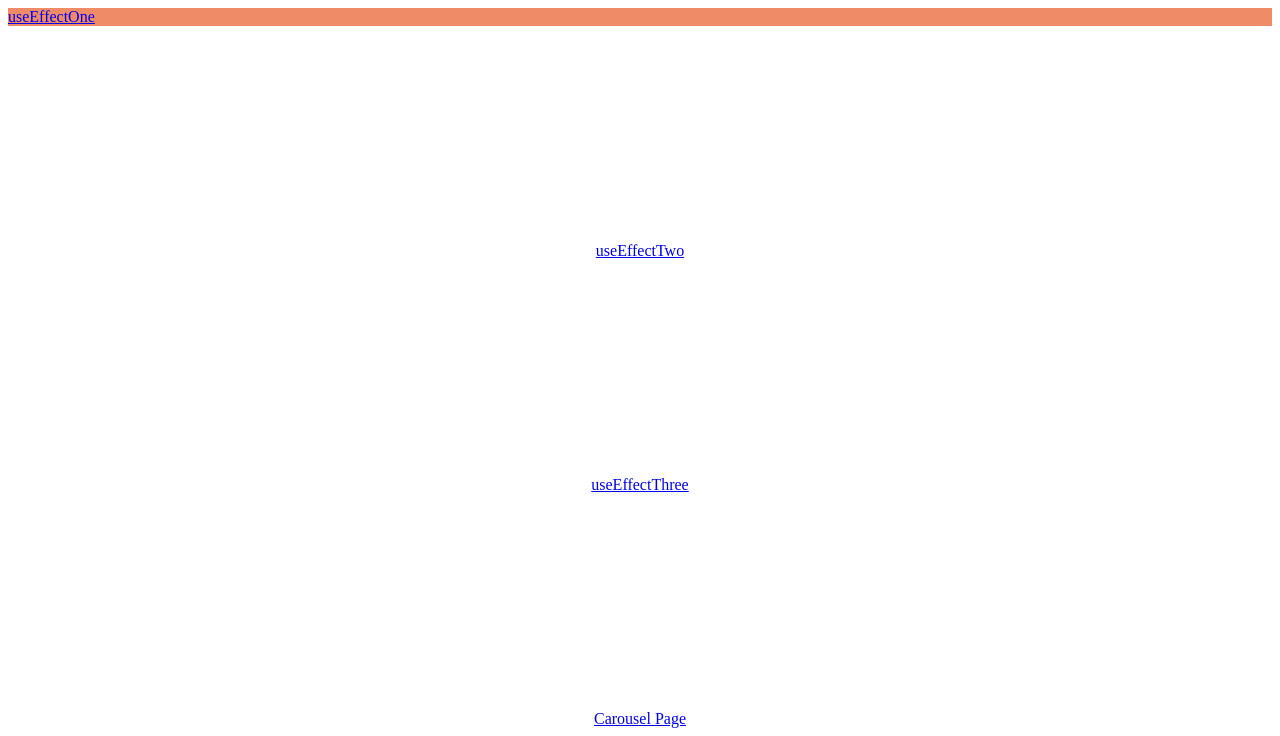
Repository: giovanabirck/class8
Page: /
An editor plug-in stored every save of this project. The page is shown before and after a run of saves, followed by the edit.
The browser window is 1280 px wide. The pictures show the whole page.
The project was rebuilt for these pictures with package versions that can differ from the ones it lists, and the page was loaded fresh each time. The framework's server and built-in components were replaced by stand-ins that run in the browser. Also part of the build but not shown: next.config.js.

Above is the page before, as saved 2023-02-23 17:45:11.

After the next 4 saves:
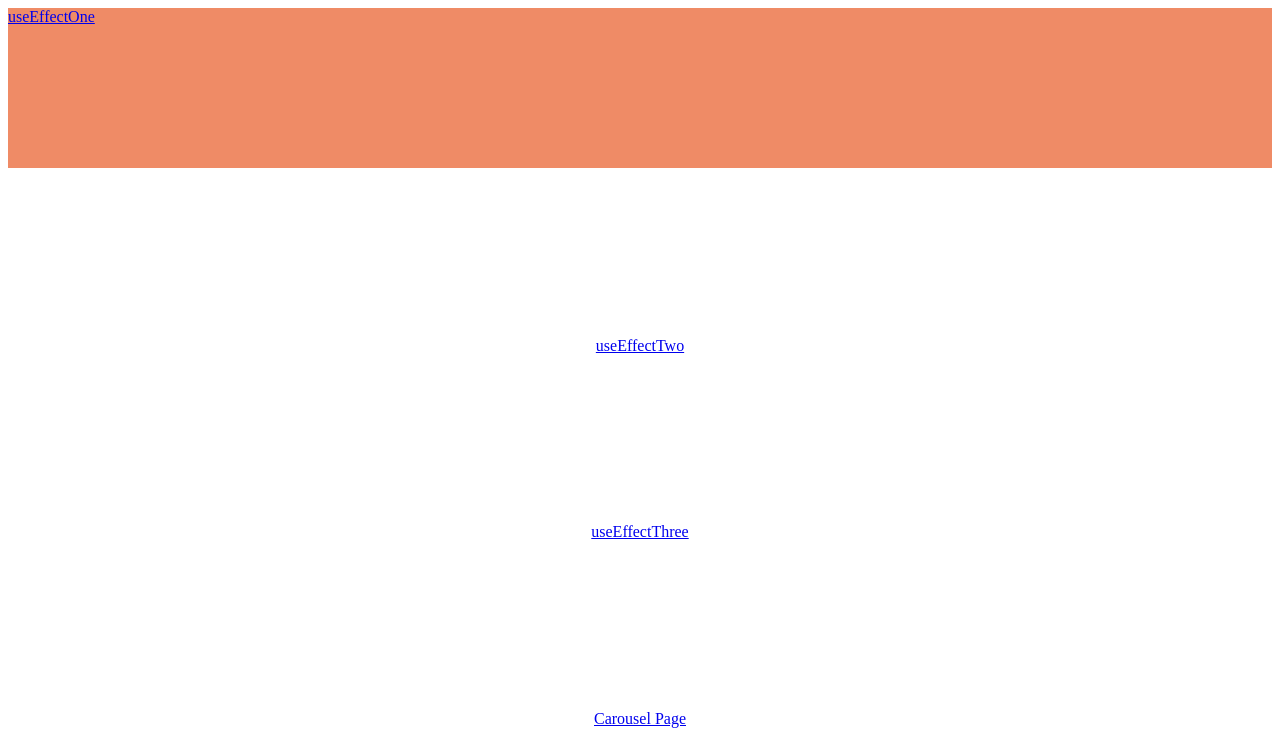
The 4 saves are shown as one change because they came seconds apart.
The last was saved 16 s later.
--- a/styles/Home.module.css
+++ b/styles/Home.module.css
@@ -10,4 +10,5 @@
 .effect_one {
   background-color: var(--orange);
   width: 100%;
+  height: 10rem;
 }
